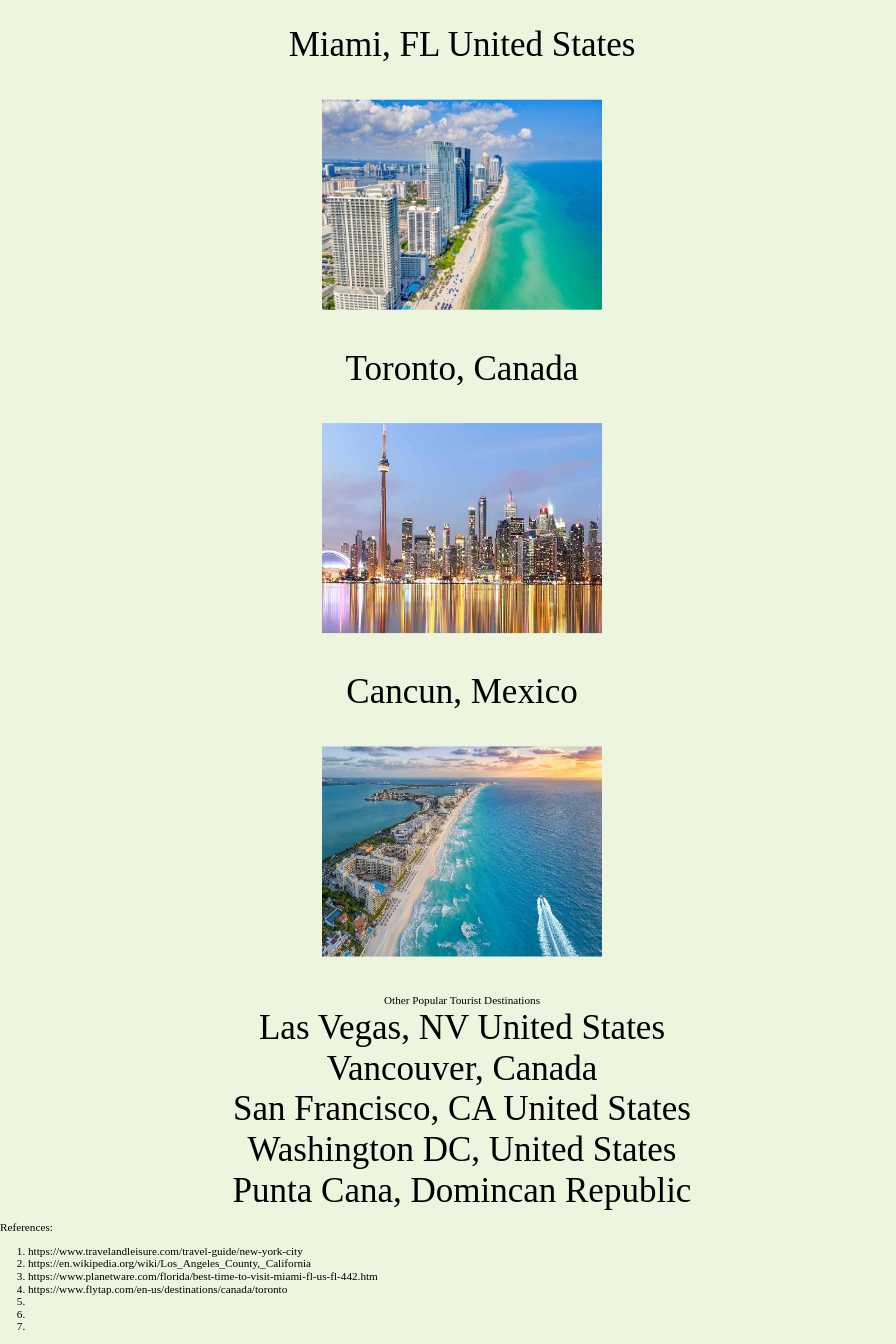
Repository: alharama/StaticWebsite
Page: na_page.html
An editor plug-in stored every save of this project. The page is shown before and after the next save, followed by the edit.
The browser window is 1280 px wide. The pictures show the part of the page from y = 1589 to 3509 px (the page is 3509 px tall before and 3334 px after), at 70% of full size.

Above is the page before, as saved 2021-09-29 19:26:14.

### na_page.html
<!DOCTYPE html>
<html>
<head>

    <title> North America </title>

    <style>

        @import url('https://fonts.googleapis.com/css2?family=Kaushan+Script&display=swap');

        header {
            text-align: center;
            padding: 5px;
            font-family: 'Kaushan Script', cursive;
            font-size: 100px;
            border-bottom: 1px solid;

        }

        body{
            background: rgb(238, 245, 222);
            margin: 0px;
        }

        .top_nav {
            width: 100%;
            font-size: 40px;
            text-align: center;
            color: red;

        }

        .top_nav ul {
            margin: 0px;
            color: blue;
        }

        .top_nav li {
            display: inline-block;

        }

        .top_nav a {
            text-decoration:underline;
            color: rgb(175, 52, 52);

        }

        .top_nav a:hover {
            background-color: lightgray;
        }


        #languages{

            display: flex;
            font-size: 20px;
            justify-content:space-around;
        }

        #na {
            display: block;
            margin-left: auto;
            margin-right: auto;
            margin-top: 30px;
            width: auto;
            height: 300px;

        }

        h1 {
            text-align: center;
            font-family: 'Kaushan Script', cursive;
        }

        .tourist_spots {
            text-align: center;
        }
        .tourist_spots li {
            list-style: none;
            text-align: center;
            font-size: 50px;

        }


        #dest {
            width: 400px;
            height: 300px;
            padding: 50px;
        }

        .other_destinations li{
            font-size: 20px;
        }




    </style>

</head>

    <header>
        North America


        <div id="languages">
            <span>Hello</span>
            <span>Bonjour</span>
            <span>Marhabaan</span>
            <span>Zdravstvuyte</span>
            <span>nǐ hǎo</span>
            <span>Salve</span>
            <span>Konnichiwa</span>
            <span>Guten Tag</span>
            <span>Goddag</span>
            <span>Shikamoo</span>
        </div>
    </header>

    <body>

        <nav class="top_nav">
            <ul id="top_nav">
                <li><a href="/index.html">Home</a></li>
                <li><a href="/na_page.html">North America</a></li>
                <li><a href="/sa_page.html">South America</a></li>
                <li><a href="/eu_page.html">Europe</a></li>
                <li><a href="/af_page.html">Africa</a></li>
                <li><a href="/as_page.html">Asia</a></li>
                <li><a href="/au_page.html">Australia</a></li>
                <li><a href="/ant_page.html">Antarctica</a></li>
            </ul>
        </nav>

        <img id="na" src="NorthAmerica.png" alt="North america">


        <h1> Top Tourist Destinations in North America</h1>


        <ul class = "tourist_spots">
            <li> New York City, NY United States</li>

            <span><img id="dest" src="NY.jpeg" alt="NY">  </span>
            <li> Los Angeles, CA United States</li>
            <span><img id = "dest" src="LA.jpeg" alt="LA">  </span>
            <li> Miami, FL United States</li>
            <span><img id = "dest" src="MIA.jpeg" alt = "MIA">  </span>
            <li> Toronto, Canada</li>
            <span><img id = "dest" src="TOR.jpeg" alt="TOR">  </span>
            <li> Cancun, Mexico</li>
            <span><img id="dest" src="Cancun.jpeg" alt="Cancun">  </span>

            <div class = "extra_destinations">
                <span id="other_dest_header"> Other Popular Tourist Destinations</span>
                <li> Las Vegas, NV United States</li>
                <li> Vancouver, Canada</li>
                <li> San Francisco, CA United States</li>
                <li> Washington DC, United States</li>
                <li> Punta Cana, Domincan Republic</li>
            </div>

        </ul>








    </body>


    <footer>

        References:

        <ol>
            <li>https://www.travelandleisure.com/travel-guide/new-york-city</li>
            <li>https://en.wikipedia.org/wiki/Los_Angeles_County,_California</li>
            <li>https://www.planetware.com/florida/best-time-to-visit-miami-fl-us-fl-442.htm</li>
            <li>https://www.flytap.com/en-us/destinations/canada/toronto</li>
            <li></li>
            <li></li>
            <li></li>
        </ol>

    </footer>


</html>

After the next save:
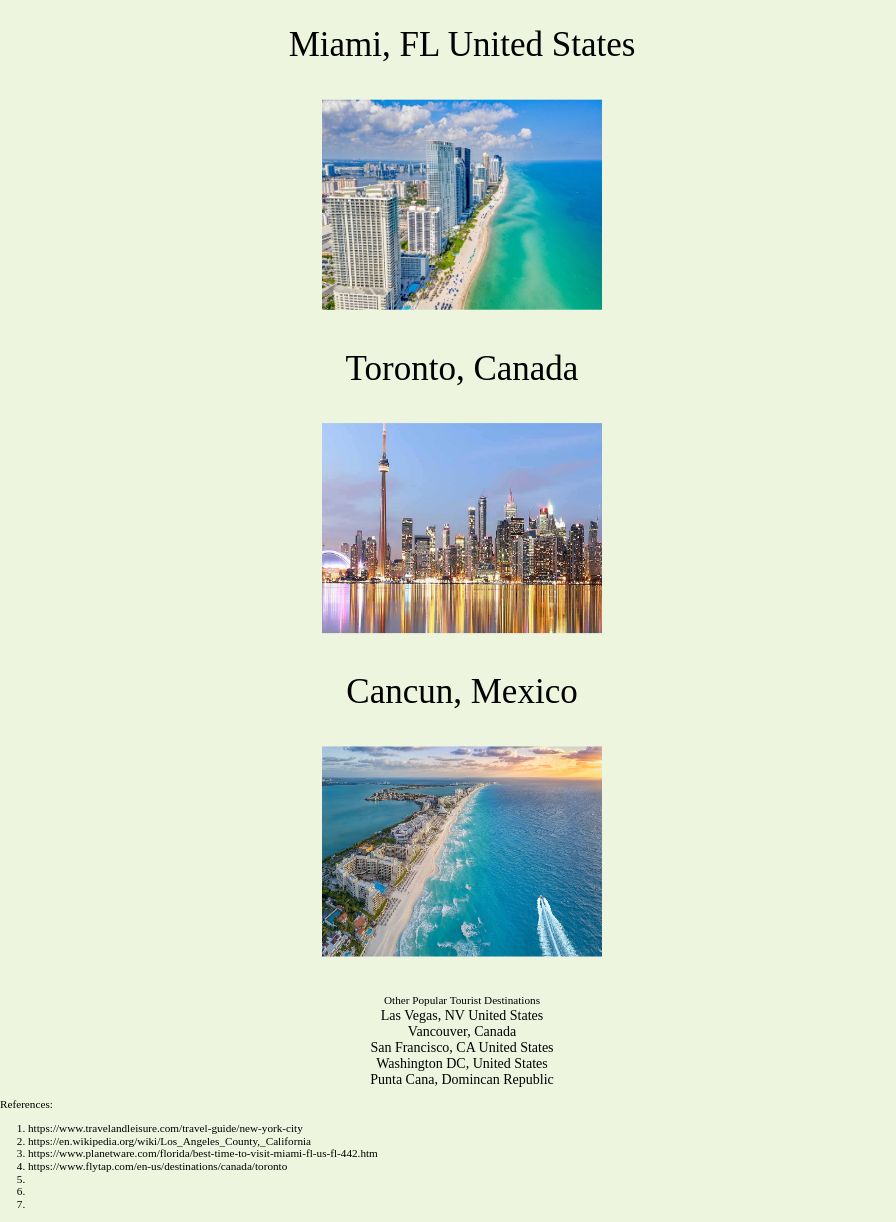
Saved 23 s later.
--- a/na_page.html
+++ b/na_page.html
@@ -90,7 +90,7 @@
             padding: 50px;
         }
 
-        .other_destinations li{
+        .extra_destinations li{
             font-size: 20px;
         }
 
